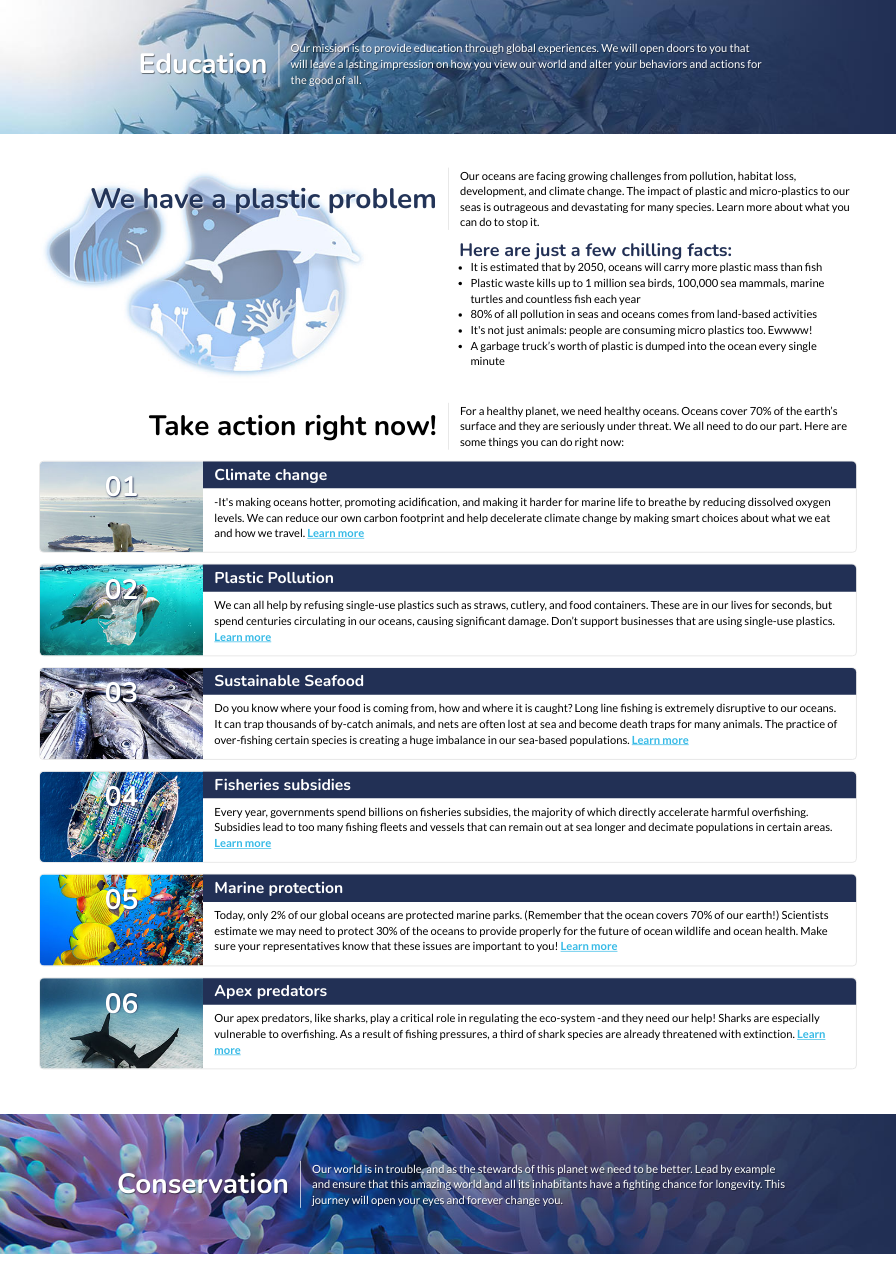
Repository: mariocapitbrok/css-combining-grid-and-flexbox-ch04
Page: 04_12/04_12_start.html
These files come from the project's save history. The page is drawn as it stood at one moment and after the next save; the edit follows.
The browser window is 1280 px wide. The pictures show the part of the page from y = 2508 to 4428 px (the page is 4332 px tall before and 4428 px after), at 70% of full size.

Above is the page before, as saved 2022-10-10 20:47:46.

After the next save:
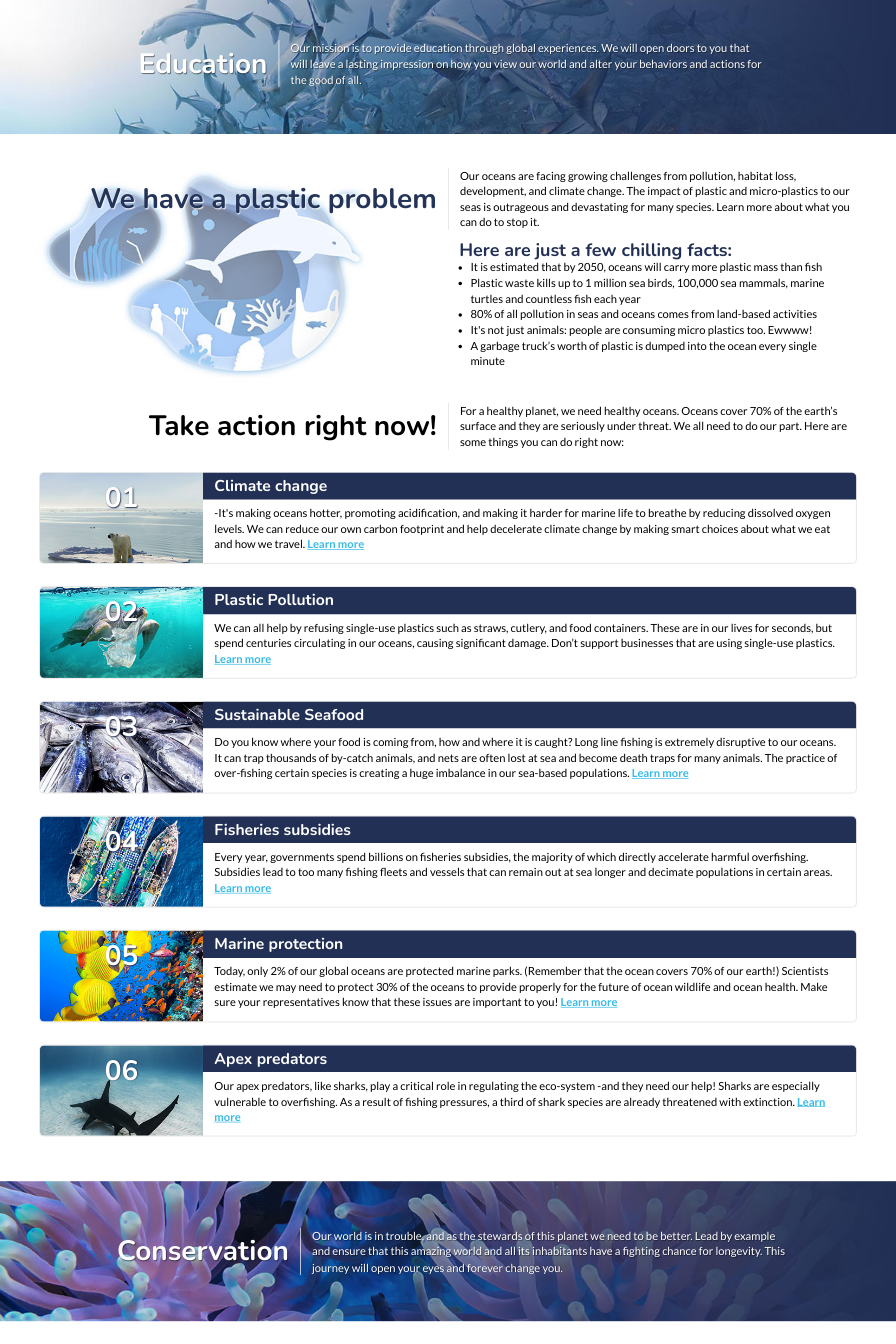
Saved 86 s later.
--- a/04_12/styles/base.css
+++ b/04_12/styles/base.css
@@ -755,6 +755,8 @@ section.problem {
   }
 
   .action ul {
+    display: flex;
+    flex-wrap: wrap;
   }
 
   .action ul li {
